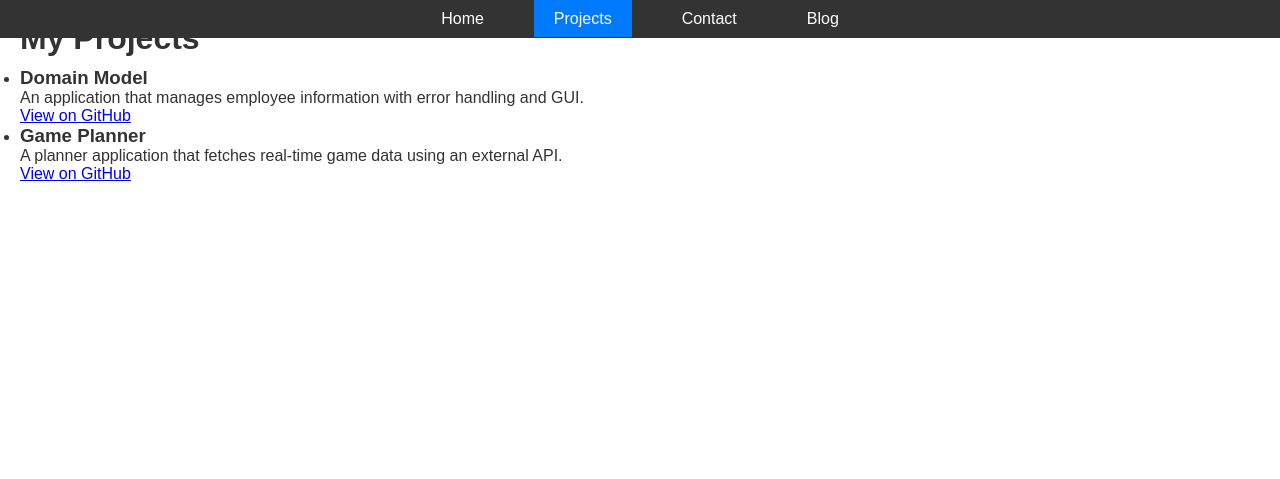
Repository: liwingy/cs5610_fall24_project1
Page: projects.html
These files come from the project's save history. The page is drawn as it stood at one moment and after the next save; the edit follows.
The browser window is 1280 px wide. The pictures show the whole page.

Above is the page before, as saved 2024-10-07 15:14:44.

### projects.html
<!DOCTYPE html>
<html lang="en">
<head>
    <meta charset="UTF-8">
    <meta name="viewport" content="width=device-width, initial-scale=1.0">
    <title>Wing Yee Li | Projects</title>
    <link rel="stylesheet" href="style.css">
</head>
<body>
    <nav>
        <ul>
            <li><a href="homepage.html">Home</a></li>
            <li><a href="projects.html" class="active">Projects</a></li>
            <li><a href="contact.html">Contact</a></li>
            <li><a href="blog.html">Blog</a></li>
        </ul>
    </nav>
    <section class="projects">
        <h2>My Projects</h2>
        <ul>
            <li>
                <h3>Domain Model</h3>
                <p>An application that manages employee information with error handling and GUI.</p>
                <a href="https://github.com/Su24-CS5004-Online-Lionelle/homework-07-liwingy/tree/main/src/main/java/student/model" target="_blank">View on GitHub</a>
            </li>
            <li>
                <h3>Game Planner</h3>
                <p>A planner application that fetches real-time game data using an external API.</p>
                <a href="https://github.com/Su24-CS5004-Online-Lionelle/hw05/tree/main/src/main/java/student" target="_blank">View on GitHub</a>
            </li>
        </ul>
    </section>
</body>
</html>

### style.css
* {
    margin: 0;
    padding: 0;
    box-sizing: border-box;
    font-family: 'Arial', sans-serif;
}

body, html {
    height: 100%;
    margin: 0;
}

body {
    background-color: rgb(255, 255, 255);
    color: #333;
    display: flex;
    flex-direction: column;   /* Stack the content vertically */
    height: 100vh;            /* Make sure the body takes up the full viewport height */
}

main {
    display: flex;
    justify-content: center;
    align-items: center;
    flex-direction: column;
    height: 100%;
}

header {
    text-align: center;
}

.profile-pic {
    max-width: 150px;        /* Image will not exceed 150px width */
    height: auto;            /* Maintain aspect ratio */
    border-radius: 50%;
    display: block;
    margin: 20px auto;
}

nav {
    width: 100%;              /* Full width navigation bar */
    background-color: #333;    /* Background color for the navbar */
    position: fixed;          /* Keep the navbar fixed at the top */
    top: 0;
    left: 0;
    padding: 10px 0;          /* Add some padding for spacing */
    z-index: 1;               /* Ensure the navbar stays above other content */
}

nav ul {
    list-style: none;
    display: flex;            /* Display the list items in a row */
    justify-content: center;  /* Center the list items horizontally */
    margin: 0;
    padding: 0;
}

nav ul li {
    margin: 0 15px;           /* Space between each nav item */
}

nav ul li a {
    color: #fff;
    text-decoration: none;
    padding: 10px 20px;       /* Add padding around each link */
    transition: background-color 0.3s;
}

nav ul li a:hover {
    background-color: #555;   /* Change background color on hover */
}

.active {
    background-color: #007BFF; /* Style for the active page link */
}

h1 {
    font-size: 2.5rem;
    margin-top: 60px;        /* Add space from the navbar */
}

.about-me, .projects, .contact, .blog {
    margin: 20px;
}

h2 {
    font-size: 2rem;
    margin-bottom: 10px;
}

/* Responsive design */
@media screen and (max-width: 768px) {
    nav ul {
        flex-direction: column;  /* Stack the navbar links vertically on small screens */
        align-items: center;
    }

    nav ul li {
        margin: 10px 0;          /* Space out vertically in mobile view */
    }

    h1 {
        font-size: 1.8rem;
        margin-top: 100px;       /* Adjust spacing on small screens */
    }
}

After the next save:
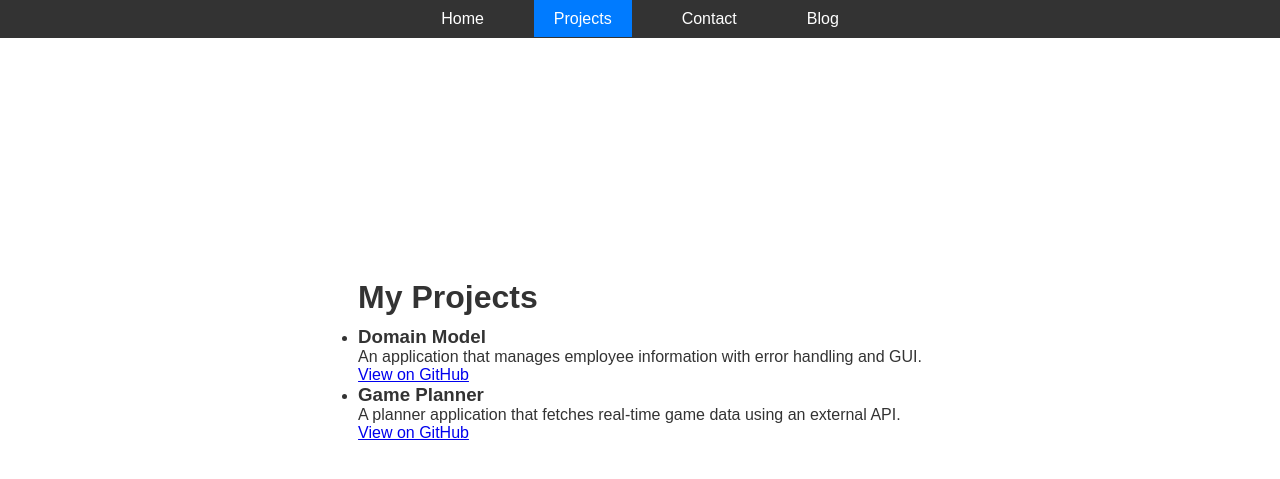
Saved 38 s later.
--- a/projects.html
+++ b/projects.html
@@ -15,20 +15,22 @@
             <li><a href="blog.html">Blog</a></li>
         </ul>
     </nav>
-    <section class="projects">
-        <h2>My Projects</h2>
-        <ul>
-            <li>
-                <h3>Domain Model</h3>
-                <p>An application that manages employee information with error handling and GUI.</p>
-                <a href="https://github.com/Su24-CS5004-Online-Lionelle/homework-07-liwingy/tree/main/src/main/java/student/model" target="_blank">View on GitHub</a>
-            </li>
-            <li>
-                <h3>Game Planner</h3>
-                <p>A planner application that fetches real-time game data using an external API.</p>
-                <a href="https://github.com/Su24-CS5004-Online-Lionelle/hw05/tree/main/src/main/java/student" target="_blank">View on GitHub</a>
-            </li>
-        </ul>
-    </section>
+    <main>
+        <section class="projects">
+            <h2>My Projects</h2>
+            <ul>
+                <li>
+                    <h3>Domain Model</h3>
+                    <p>An application that manages employee information with error handling and GUI.</p>
+                    <a href="https://github.com/Su24-CS5004-Online-Lionelle/homework-07-liwingy/tree/main/src/main/java/student/model" target="_blank">View on GitHub</a>
+                </li>
+                <li>
+                    <h3>Game Planner</h3>
+                    <p>A planner application that fetches real-time game data using an external API.</p>
+                    <a href="https://github.com/Su24-CS5004-Online-Lionelle/hw05/tree/main/src/main/java/student" target="_blank">View on GitHub</a>
+                </li>
+            </ul>
+        </section>
+    </main>
 </body>
 </html>
